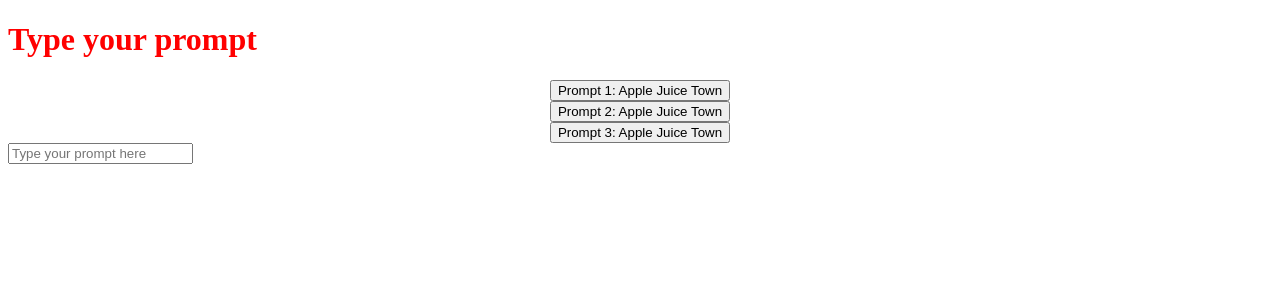
Repository: Appl3Kitti3/PROJECT_4537
Page: ClientSide/index.html
The author's editor kept a copy of each file at every save. The page is drawn from the files as they stood at one save, then again after a run of saves.
The browser window is 1280 px wide. The pictures show the whole page.

Above is the page before, as saved 2024-10-17 20:57:16.

After the next 2 saves:
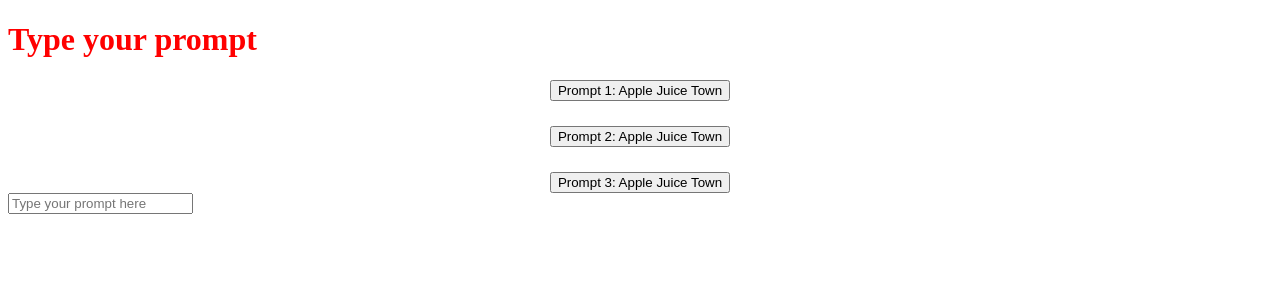
The 2 saves are shown as one change because they came seconds apart.
The last was saved 9 s later.
--- a/ClientSide/index.html
+++ b/ClientSide/index.html
@@ -12,6 +12,7 @@
                 display: flex;
                 flex-direction: column;
                 align-items: center;
+                gap: 25px;
             }
         </style>
 
